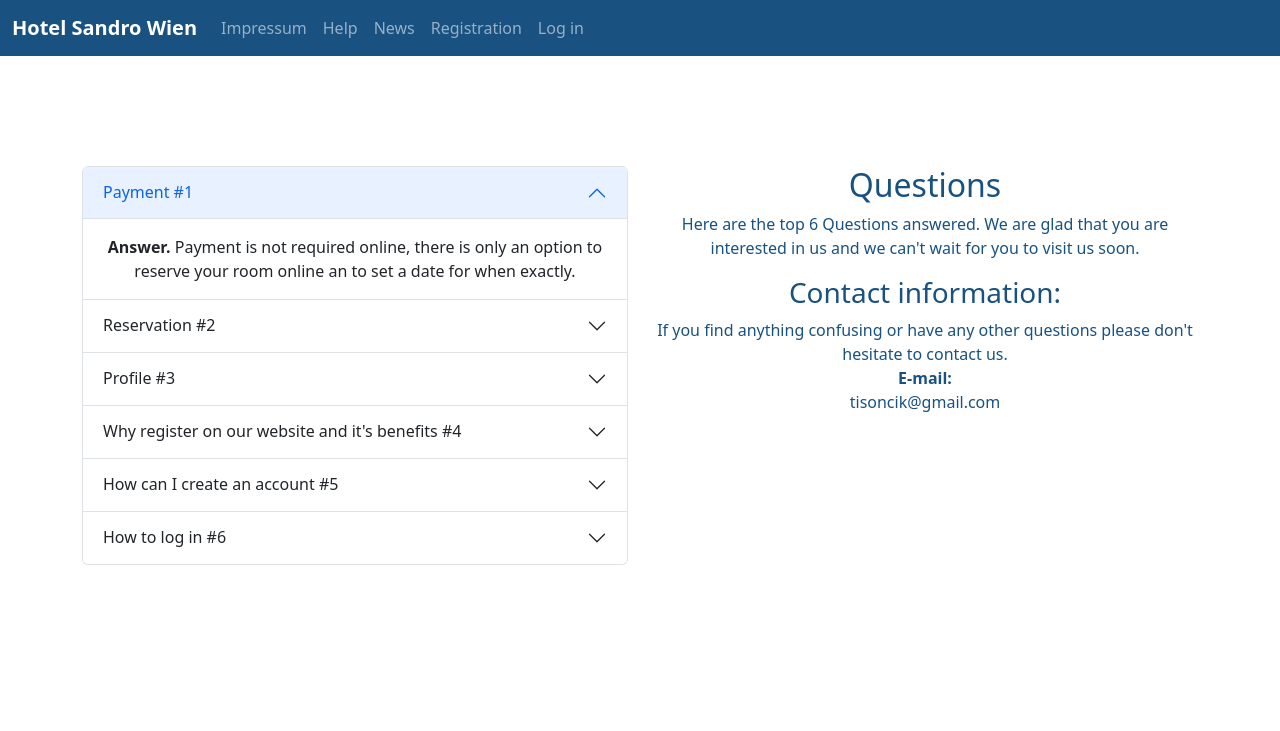
Repository: TIS0N/Hotel_Sandro
Page: http://localhost/pages/help.php
The author's editor kept a copy of each file at every save. The page is drawn from the files as they stood at one save, then again after the next save.
The browser window is 1280 px wide. The pictures show the whole page.
The page is run by PHP 8.4 with error messages shown; the project is at /var/www/html/.

Above is the page before, as saved 2023-01-15 22:53:59.

After the next save:
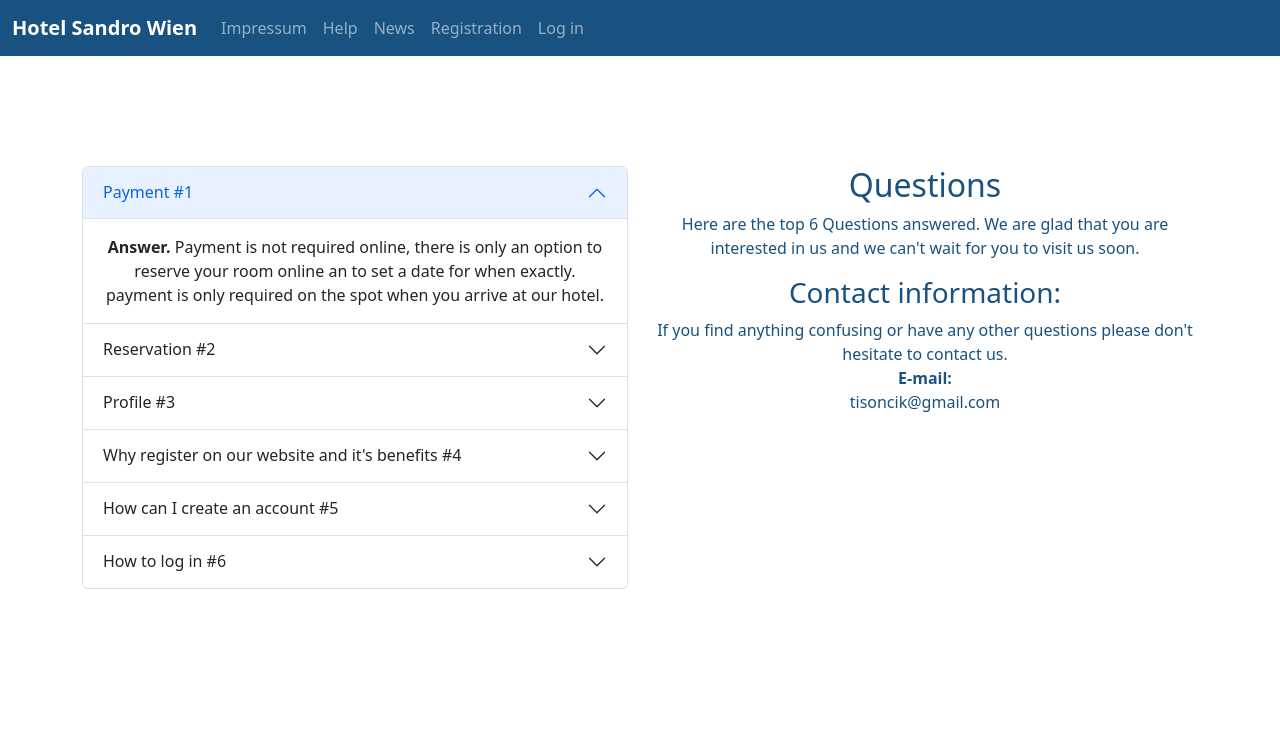
Saved 31 s later.
--- a/pages/help.php
+++ b/pages/help.php
@@ -55,7 +55,7 @@ include "../inc/navigation.php";
                         </h2>
                         <div id="collapseOne" class="accordion-collapse collapse show" aria-labelledby="headingOne" data-bs-parent="#accordionExample">
                         <div class="accordion-body">
-                            <strong>Answer.</strong> Payment is not required online, there is only an option to reserve your room online an to set a date for when exactly.
+                            <strong>Answer.</strong> Payment is not required online, there is only an option to reserve your room online an to set a date for when exactly. payment is only required on the spot when you arrive at our hotel.
                         </div>
                         </div>
                     </div>
@@ -67,7 +67,7 @@ include "../inc/navigation.php";
                         </h2>
                         <div id="collapseTwo" class="accordion-collapse collapse" aria-labelledby="headingTwo" data-bs-parent="#accordionExample">
                         <div class="accordion-body">
-                            <strong>Answer.</strong> It is hidden by default, until the collapse plugin adds the appropriate classes that we use to style each element. These classes control the overall appearance, as well as the showing and hiding via CSS transitions. You can modify any of this with custom CSS or overriding our default variables. It's also worth noting that just about any HTML can go within the <code>.accordion-body</code>, though the transition does limit overflow.
+                            <strong>Answer.</strong> Unknow for now.
                         </div>
                         </div>
                     </div>
@@ -79,7 +79,7 @@ include "../inc/navigation.php";
                         </h2>
                         <div id="collapseThree" class="accordion-collapse collapse" aria-labelledby="headingThree" data-bs-parent="#accordionExample">
                         <div class="accordion-body">
-                            <strong>Answer.</strong> It is hidden by default, until the collapse plugin adds the appropriate classes that we use to style each element. These classes control the overall appearance, as well as the showing and hiding via CSS transitions. You can modify any of this with custom CSS or overriding our default variables. It's also worth noting that just about any HTML can go within the <code>.accordion-body</code>, though the transition does limit overflow.
+                            <strong>Answer.</strong> You have an option to change your password or change your username
                         </div>
                         </div>
                     </div>
